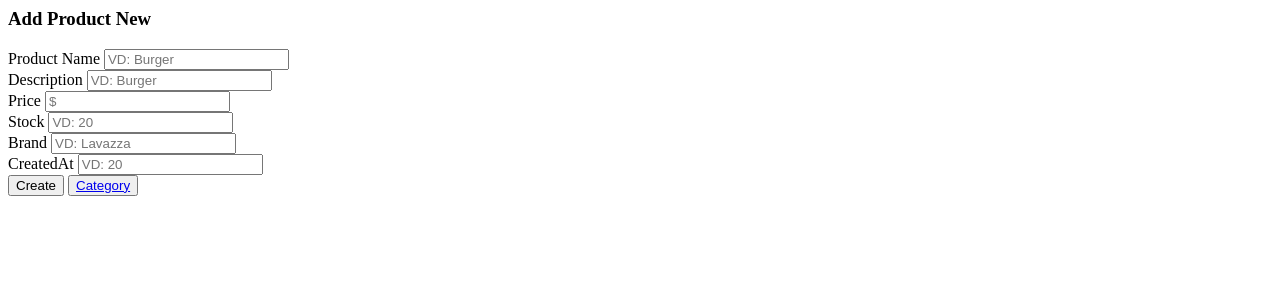
Repository: QunDev/du_an
Page: http://localhost/admin/products/createProduct.php
An editor plug-in stored every save of this project. The page is shown before and after the next save, followed by the edit.
The browser window is 1280 px wide. The pictures show the whole page.
The page is run by PHP 8.4 with error messages shown; the project is at /var/www/html/.

Above is the page before, as saved 2023-11-24 09:37:10.
Console error: TypeError: Cannot read properties of null (reading 'addEventListener')

### admin/products/createProduct.php
<div class="main">
      <form
        action="index.php?act=createCategory"
        method="post"
        class="form"
        id="form-1"
        enctype="multipart/form-data"
      >
        <h3 class="heading">Add Product New</h3>

        <div class="spacer"></div>

        <div class="form-group">
          <label for="productName" class="form-label">Product Name</label>
          <input
            id="productName"
            name="productName"
            type="text"
            placeholder="VD: Burger"
            class="form-control"
            autocomplete
            data-name
          />
          <span class="form-message"></span>
        </div>

        <div class="form-group">
          <label for="description" class="form-label">Description</label>
          <input
            id="description"
            name="description"
            type="text"
            placeholder="VD: Burger"
            class="form-control"
            data-desc
          />
          <span class="form-message"></span>
        </div>

        <div class="form-group">
          <label for="price" class="form-label">Price</label>
          <input
            id="price"
            name="price"
            type="text"
            placeholder="$"
            class="form-control"
            data-desc
          />
          <span class="form-message"></span>
        </div>

        <div class="form-group">
          <label for="stock" class="form-label">Stock</label>
          <input
            id="stock"
            name="stock"
            type="text"
            placeholder="VD: 20"
            class="form-control"
            data-desc
          />
          <span class="form-message"></span>
        </div>

        <div class="form-group">
          <label for="Brand" class="form-label">Brand</label>
          <input
            id="Brand"
            name="Brand"
            type="text"
            placeholder="VD: Lavazza"
            class="form-control"
            data-desc
          />
          <span class="form-message"></span>
        </div>

        <div class="form-group">
          <label for="createdAt" class="form-label">CreatedAt</label>
          <input
            id="createdAt"
            name="createdAt"
            type="text"
            placeholder="VD: 20"
            class="form-control"
            data-desc
          />
          <span class="form-message"></span>
        </div>
        <input value="Create" type="button" class="form-submit">
        <button class="form-submit" type="button"><a href="./?act=listCategories">Category</a></button>

        <!-- <button class="form-submit" type="button" name="btnSubmit">Thêm</button> -->


      </form>
    </div>
    <script defer src="./assets/js/categories.js"></script>

### admin/assets/js/categories.js
let btns = document.querySelectorAll(".btnDelete");
let btnSubmit = document.querySelector(".form-submit");
let btnUpdate = document.querySelector(".form-update");

btns.forEach((btn) => {
    const id = btn.dataset.id;
    btn.addEventListener("click", (e) => {
        const confirm = window.confirm("Ban co muon xoa khong?");
        if (confirm) {
            window.open(`./?act=deleteOne&id=${id}`, "_self");
        }
    });
});

function isSuccess(e) {
    let parentSelector = document.querySelector(e).parentElement;
    let length = parentSelector.classList.length;
    let message = parentSelector.querySelector(".form-message");
    if (length !== 1 && parentSelector.classList.contains("invalid")) {
        parentSelector.classList.remove("invalid");
        message.classList.remove("invalid");
        message.textContent = "";
        let value = document.querySelector(e).value;
        return value;
    } else {
        message.textContent = "";
        let value = document.querySelector(e).value;
        return value;
    }
}

function isValid(e) {
    let parentSelector = document.querySelector(e).parentElement;
    let message = parentSelector.querySelector(".form-message");
    parentSelector.classList.add("invalid");
    message.classList.add("invalid");
    parentSelector.querySelector(".form-message").textContent = "Enter an values";
}

function checkNull(e) {
    let selector = document.querySelector(e);
    if (selector.value !== "") {
        return isSuccess(e);
    } else {
        isValid(e);
        return false;
    }
}

btnSubmit.addEventListener("click", () => {
    let valueName = checkNull("#categoryName");
    let valueDesc = checkNull("#description");
    console.log(valueName);
    console.log(valueDesc);
    let isConfirm = window.confirm(`Confirm the creation of a new category ${valueName}`);
    if (isConfirm) {
        if (typeof valueName === "string" && typeof valueDesc === "string") {
            window.open(`./?act=createCategory&name=${valueName}&desc=${valueDesc}`, "_self");
        }
    }
});

btnUpdate.addEventListener("click", () => {
    let valueName = checkNull("#categoryName");
    let valueDesc = checkNull("#description");
    let isConfirm = window.confirm(`Confirm update of a new category ${valueName}`);
    if (isConfirm) {
        if (typeof valueName === "string" && typeof valueDesc === "string") {
            window.open(`./?act=update&id=${btnUpdate.dataset.id}&name=${valueName}&desc=${valueDesc}`, "_self");
        }
    }
});

After the next save:
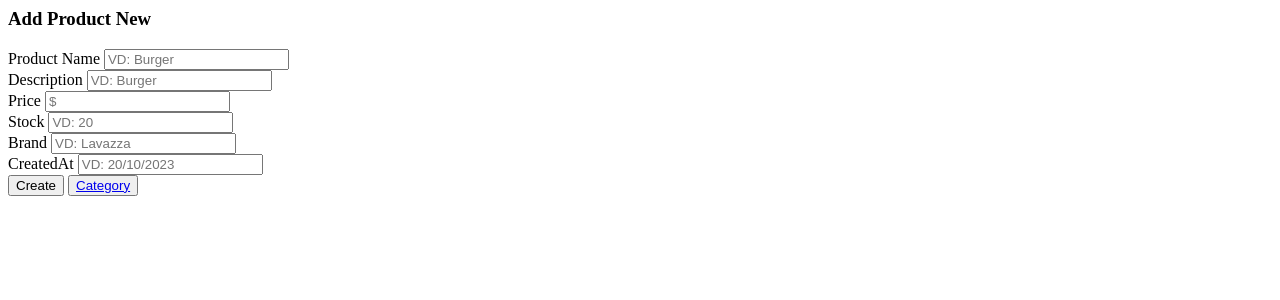
Saved 10 s later.
--- a/admin/products/createProduct.php
+++ b/admin/products/createProduct.php
@@ -82,7 +82,7 @@
             id="createdAt"
             name="createdAt"
             type="text"
-            placeholder="VD: 20"
+            placeholder="VD: 20/10/2023"
             class="form-control"
             data-desc
           />
